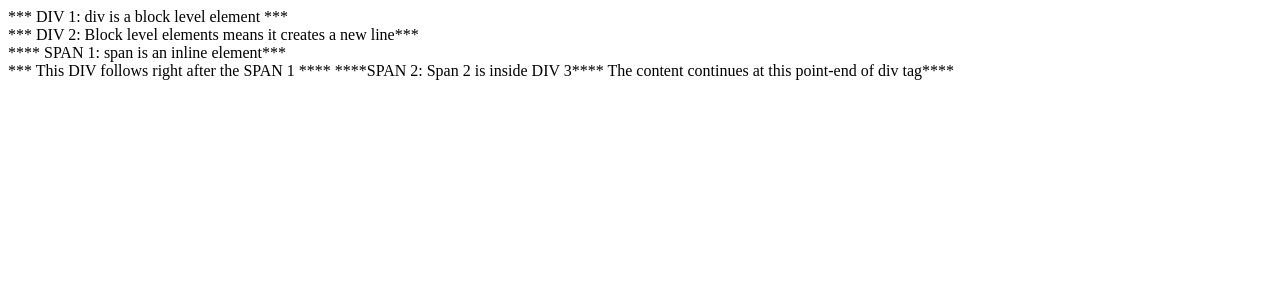
Repository: Koniya/my-coding-practices
Page: div-and-pan.html
An editor plug-in stored every save of this project. The page is shown before and after the next save, followed by the edit.
The browser window is 1280 px wide. The pictures show the whole page.

Above is the page before, as saved 2024-01-24 19:08:51.

After the next save:
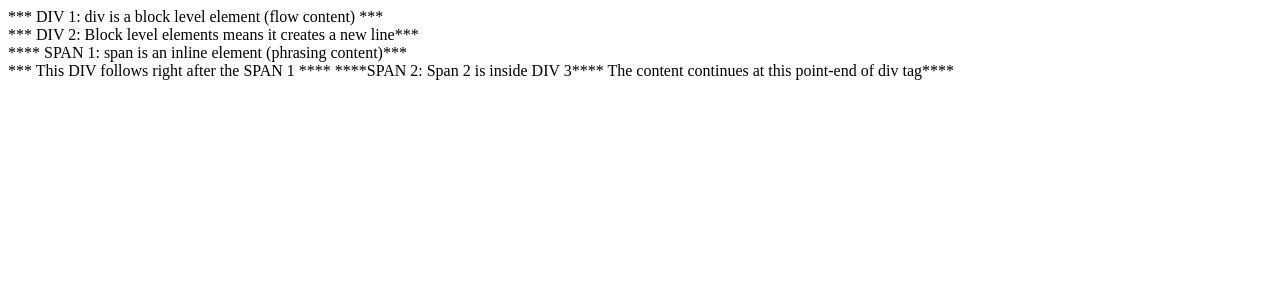
Saved 2 min 9 s later.
--- a/div-and-pan.html
+++ b/div-and-pan.html
@@ -5,9 +5,9 @@
         <title>div and span elememts</title>
     </head>
     <body>
-        <div>*** DIV 1: div is a block level element ***</div>
+        <div>*** DIV 1: div is a block level element (flow content) ***</div>
         <div>*** DIV 2: Block level elements means it creates a new line***</div>
-        <span>**** SPAN 1: span is an inline element***</span>
+        <span>**** SPAN 1: span is an inline element (phrasing content)***</span>
         <div>
             *** This DIV follows right after the SPAN 1 ****
             <span>****SPAN 2: Span 2 is inside DIV 3****</span> The content continues at this point-end of div tag****
